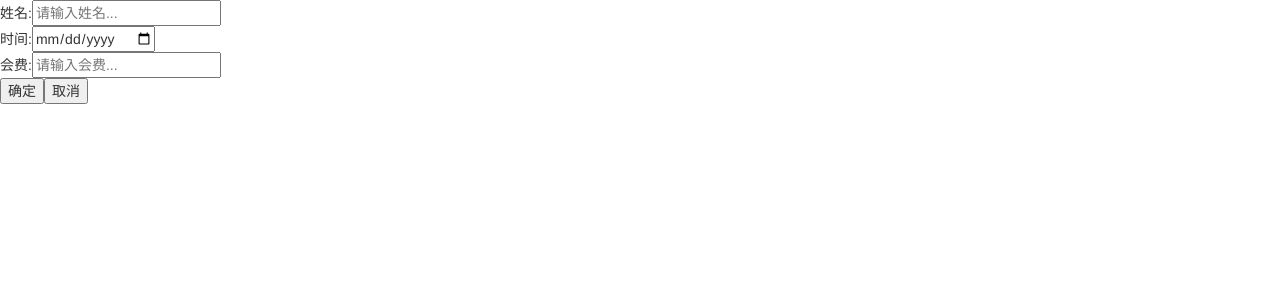
Repository: HelloChuang/HelloChuang-EclipseWorkSpace
Page: http://localhost/RetestServlet2/user_update.jsp
An editor plug-in stored every save of this project. The page is shown before and after the next save, followed by the edit.
The browser window is 1280 px wide. The pictures show the whole page.
The page is served by Tomcat 9. Other server files are loaded and not shown.

Above is the page before, as saved 2018-10-31 03:17:01.

### EclipseWorkSpace/RetestServlet2/WebContent/user_update.jsp

<%@ page language="java" contentType="text/html; charset=UTF-8"
    pageEncoding="UTF-8"%>
<!DOCTYPE>
<html>
<head>
<meta http-equiv="Content-Type" content="text/html; charset=UTF-8">
<link rel="stylesheet" type="text/css" href="${pageContext.request.contextPath}/css/bootstrap.min.css">
<script type="text/javascript"  href="${pageContext.request.contextPath}/js/jquery-1.9.1.js"></script>
<script type="text/javascript"  href="${pageContext.request.contextPath}/js/bootstrap.min.js"></script>
<title>更新信息</title>
</head>
<body>
<form action="UpdateUserAction">
	<input type="hidden" name="uuid" value="${user.uid}"/>
	姓名:<input type="text" value="${user.uname}"name="uuname" required="required" placeholder="请输入姓名..."/><br/>
	时间:<input type="date" value="${user.udate}"name="uudate" required="required" placeholder="请输入入会时间..."/><br/>
	会费:<input type="number" value="${user.udate}"name="uumoney" required="required" placeholder="请输入会费..."/><br/>
	<button type="submit">确定</button><button type="reset">取消</button>
</form>
</body>
</html>

Loaded but not shown: EclipseWorkSpace/RetestServlet2/WebContent/css/bootstrap.min.css (library)

After the next save:
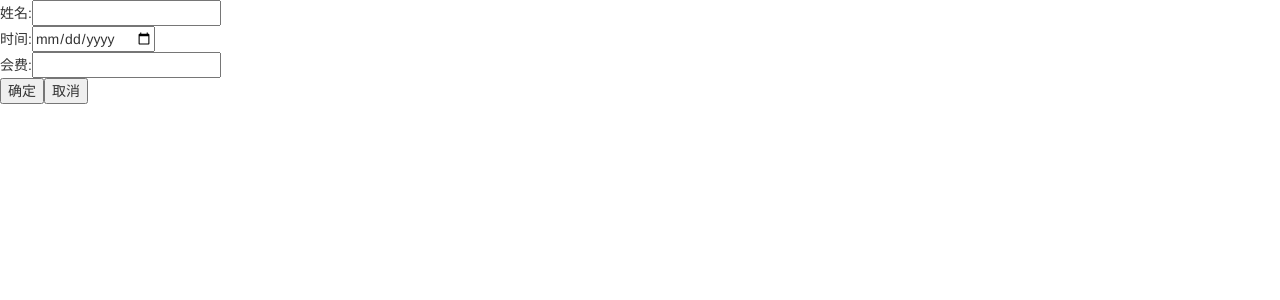
Saved 11 s later.
--- a/EclipseWorkSpace/RetestServlet2/WebContent/user_update.jsp
+++ b/EclipseWorkSpace/RetestServlet2/WebContent/user_update.jsp
@@ -13,9 +13,9 @@
 <body>
 <form action="UpdateUserAction">
 	<input type="hidden" name="uuid" value="${user.uid}"/>
-	姓名:<input type="text" value="${user.uname}"name="uuname" required="required" placeholder="请输入姓名..."/><br/>
-	时间:<input type="date" value="${user.udate}"name="uudate" required="required" placeholder="请输入入会时间..."/><br/>
-	会费:<input type="number" value="${user.udate}"name="uumoney" required="required" placeholder="请输入会费..."/><br/>
+	姓名:<input type="text" value="${user.uname}"name="uuname" required="required" /><br/>
+	时间:<input type="date" value="${user.udate}"name="uudate" required="required" /><br/>
+	会费:<input type="number" value="${user.udate}"name="uumoney" required="required" /><br/>
 	<button type="submit">确定</button><button type="reset">取消</button>
 </form>
 </body>
